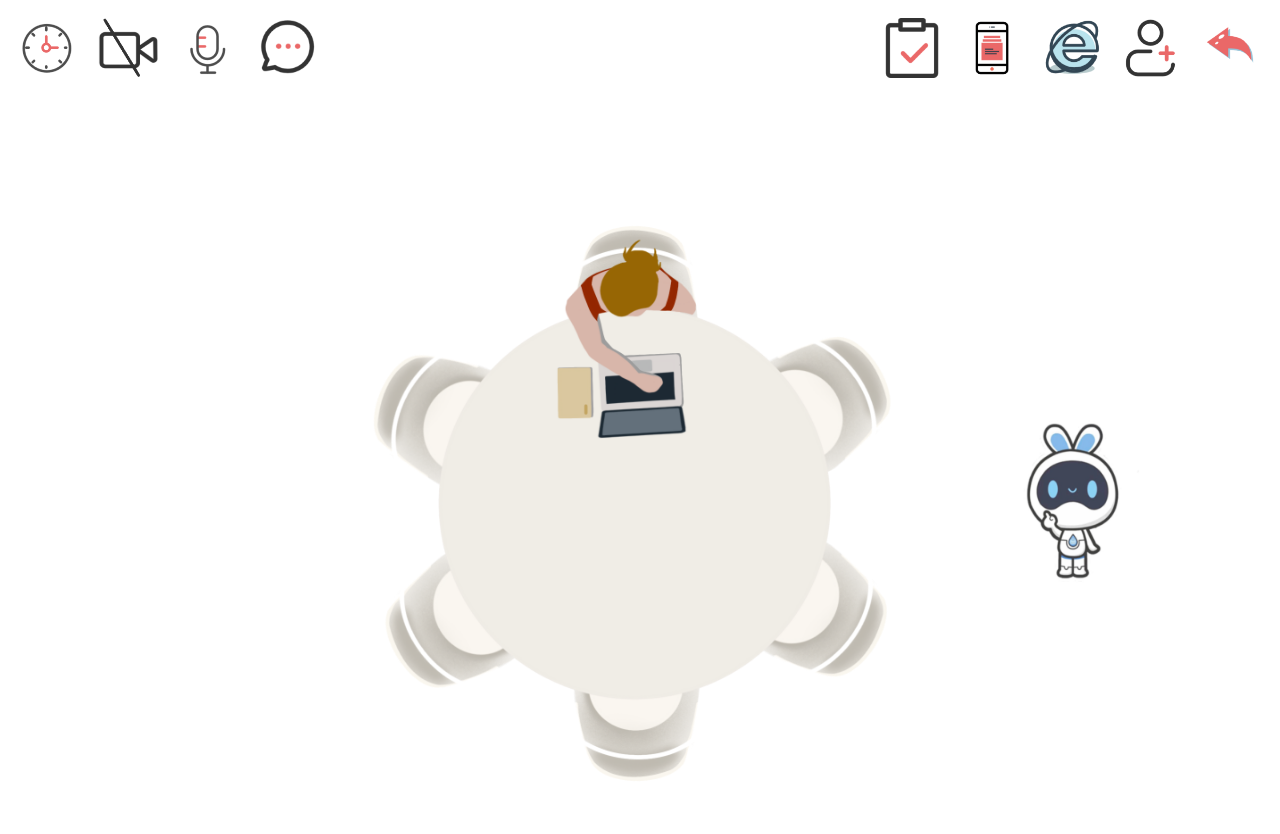
Repository: Team-Extrememe/Online-Study-Room
Page: main.html
An editor plug-in stored every save of this project. The page is shown before and after the next save, followed by the edit.
The browser window is 1280 px wide. The pictures show the whole page.

Above is the page before, as saved 2021-10-07 16:14:47.

After the next save:
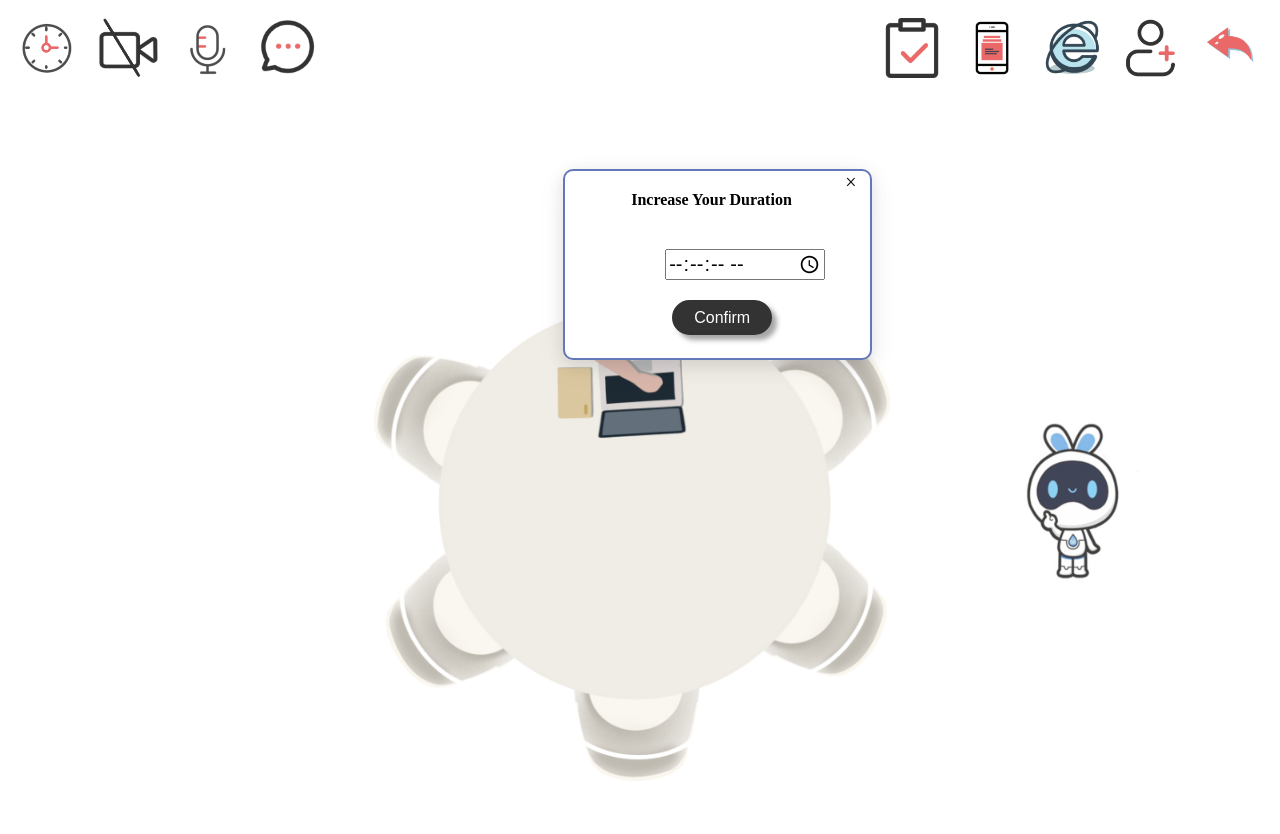
Saved 10 min 59 s later.
--- a/css/styles.css
+++ b/css/styles.css
@@ -203,7 +203,7 @@
     overflow: none;
 }
 
-.light9{
+#light9{
 	display: block;
 }
 

After the save that followed:
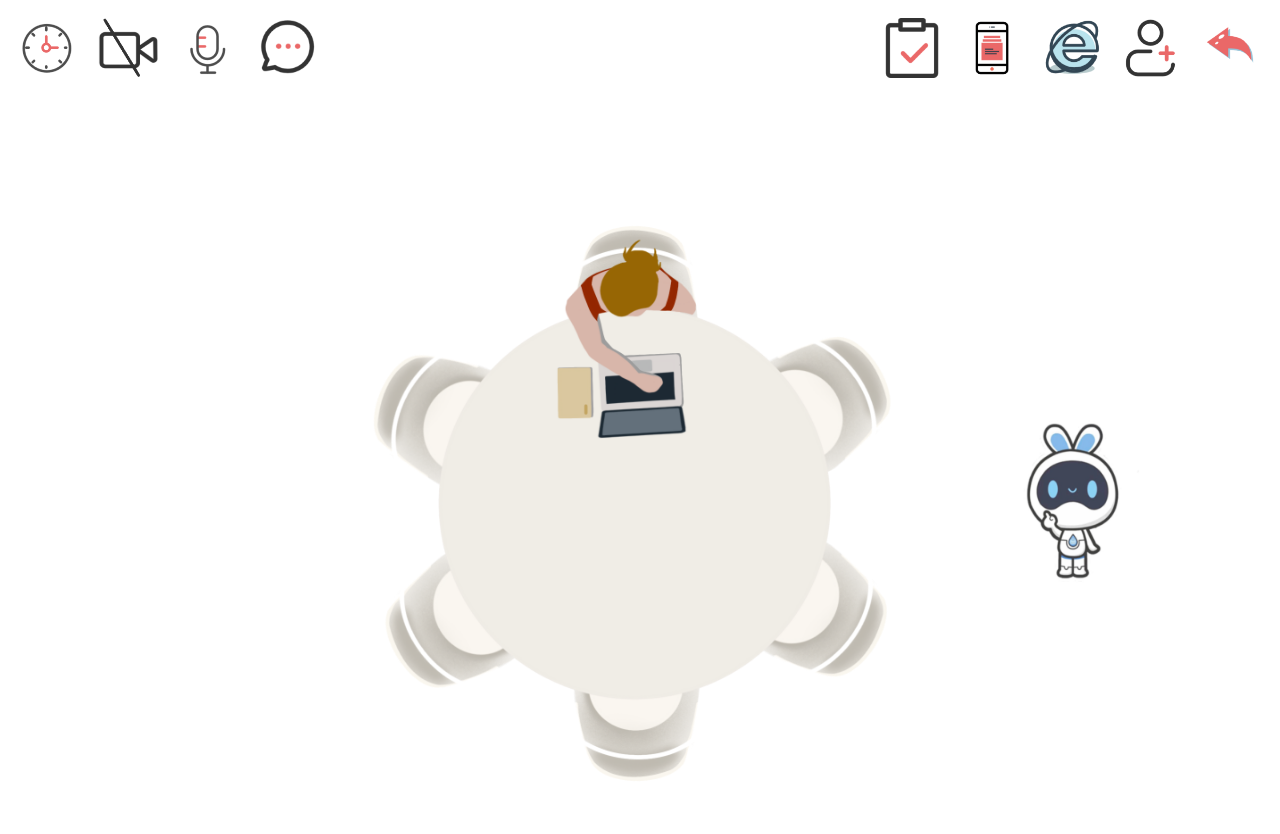
Saved 66 s later.
--- a/css/styles.css
+++ b/css/styles.css
@@ -203,7 +203,7 @@
     overflow: none;
 }
 
-#light9{
+.light9{
 	display: block;
 }
 
